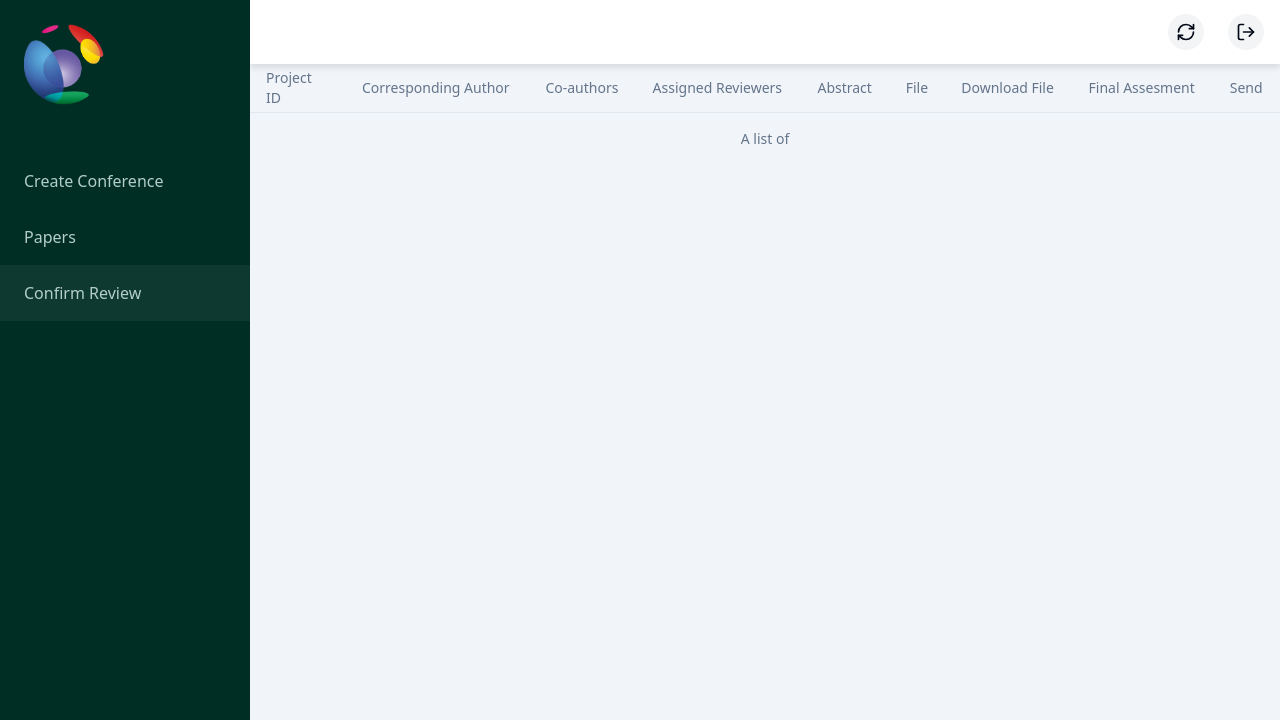
Repository: KelvinCelso/Conference-Management-System
Page: /admin-dashboard/confirm-review
The author's editor kept a copy of each file at every save. The page is drawn from the files as they stood at one save, then again after the next save.
The browser window is 1280 px wide. The pictures show the whole page.
The page's requests for data from a server got no answer. The project was rebuilt for these pictures with package versions that can differ from the ones it lists, and the page was loaded fresh each time. No one was signed in, and anything a server would have sent is missing. Also part of the build but not shown: vite.config.ts, src/styles/components/default/Footer/index.styled.tsx, src/styles/components/default/Footer/FooterDesktop.styled.tsx, src/components/default/Footer/FooterDesktop.tsx, src/components/default/Footer/FooterMobile.tsx, src/data/components/default/Footer/FooterLinks.tsx, src/assets/images/InstagramSVG.tsx, src/components/default/Footer/index.tsx and 94 more. Imported but missing from the stored project, and not drawn on this page: src/components/ui/command.

Above is the page before, as saved 2024-04-20 22:58:37.

After the next save:
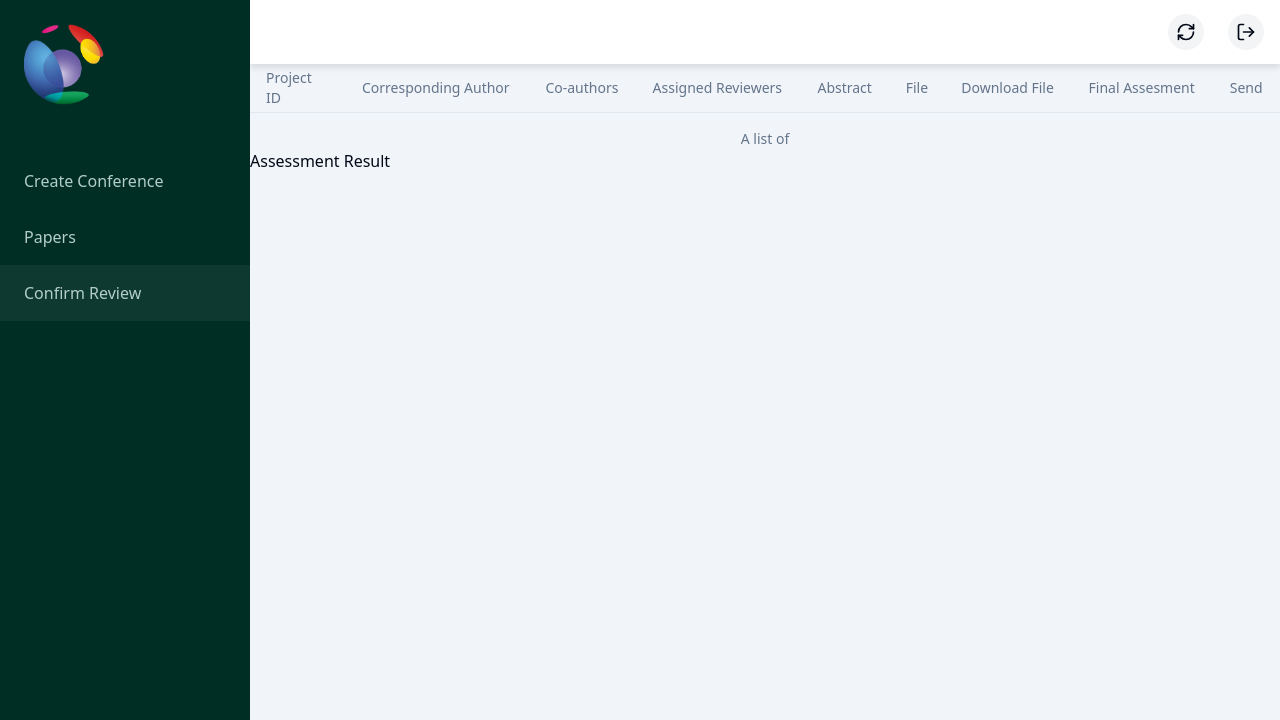
Saved 39 min 29 s later.
--- a/src/pages/dashboard/Admin/ConfirmReview/index.tsx
+++ b/src/pages/dashboard/Admin/ConfirmReview/index.tsx
@@ -33,6 +33,8 @@ import { Select } from "@/components/ui/select";
 import { SelectContent, SelectTrigger } from "@radix-ui/react-select";
 import { Loader2 } from "lucide-react";
 import { toast } from "@/components/ui/use-toast";
+import { Dialog, DialogTitle } from "@radix-ui/react-dialog";
+import { DialogHeader } from "@/components/ui/dialog";
 
 const Papers = () => {
   const [isAssesmentViewOpen, setIsAssesmentViewOpen] =
@@ -317,6 +319,11 @@ const Papers = () => {
               })}
             </TableBody>
           </Table>
+          <Dialog>
+            <DialogHeader>
+              <DialogTitle>Assessment Result</DialogTitle>
+            </DialogHeader>
+          </Dialog>
           {isAssesmentViewOpen && (
             <>
               <StyledConferencePopupContainer>
